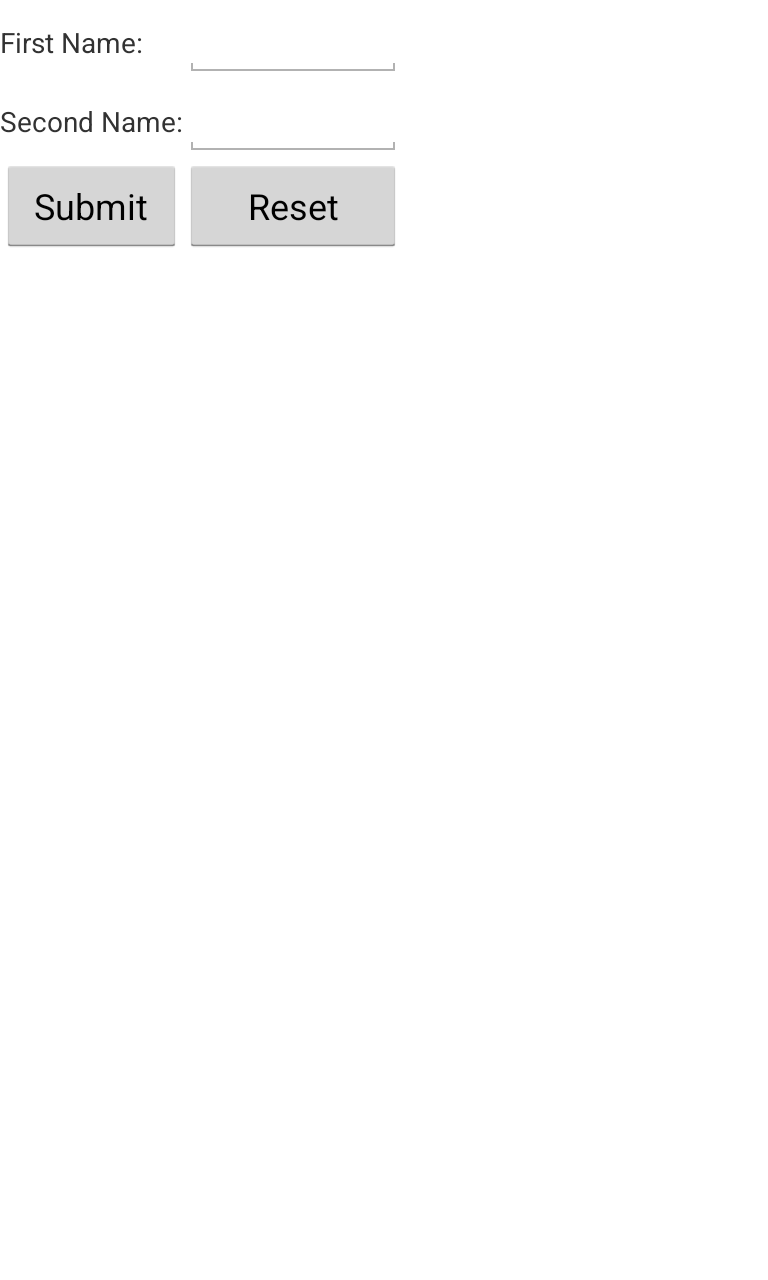
Repository: hugoM1/trainingNaranya
Layout: Layouts/res/layout/activity_table_layout.xml
The author's editor kept a copy of each file at every save. The layout is drawn from the files as they stood at one save, then again after the next save.
It is drawn on a 768 x 1280 px phone screen (xhdpi) without system bars, with theme AppTheme; the app's code is not run.

Above is the layout before, as saved 2013-08-14 02:01:47.

### Layouts/res/layout/activity_table_layout.xml
<?xml version="1.0" encoding="utf-8"?>
<TableLayout
    android:id="@+id/TableLayout01"
	android:layout_width="fill_parent"
	android:layout_height="fill_parent"
	xmlns:android="http://schemas.android.com/apk/res/android">

	<TableRow
	    android:id="@+id/TableRow01">
		<TextView
		    android:id="@+id/TextView01"
		    android:text="@string/first_name"
			android:width="100px" />
		<EditText
		    android:id="@+id/EditText01"
		    android:width="220px" />
	</TableRow>
	<TableRow
	    android:id="@+id/TableRow02">
		<TextView
		    android:id="@+id/TextView02"
		    android:text="Second Name:" />
		<EditText
		    android:id="@+id/EditText02" />
	</TableRow>
	<TableRow
	    android:id="@+id/TableRow03">
		<Button
		    android:id="@+id/Button01"
			android:layout_width="wrap_content"
			android:layout_height="wrap_content"
			android:text="Submit" />
		<Button
		    android:id="@+id/Button02"
			android:layout_width="wrap_content"
			android:layout_height="wrap_content"
			android:text="Reset"
			android:width="100px" />
	</TableRow>
</TableLayout>

### Layouts/res/values/strings.xml
<?xml version="1.0" encoding="utf-8"?>
<resources>

    <string name="app_name">Layouts</string>
    <string name="action_settings">Settings</string>
    <string name="hello_world">Hello world!</string>
    <string name="button1">Table Layout</string>
    <string name="button2">Absolute Layout</string>
    <string name="button3">Relative Layout</string>
    <string name="button4">Frame LAyout</string>
    <string name="title_activity_table_layout">TableLayoutActivity</string>
    <string name="title_activity_absolute_layout">AbsoluteLayoutActivity</string>
    <string name="title_activity_relative_layout">RelativeLayoutActivity</string>
    <string name="title_activity_frame_layout">FrameLayoutActivity</string>
    <string name="first_name">First Name:</string>

</resources>

Loaded but not shown: Layouts/res/values/styles.xml (common file); Layouts/res/values-v11/styles.xml (common file); Layouts/res/values-v14/styles.xml (common file)

After the next save:
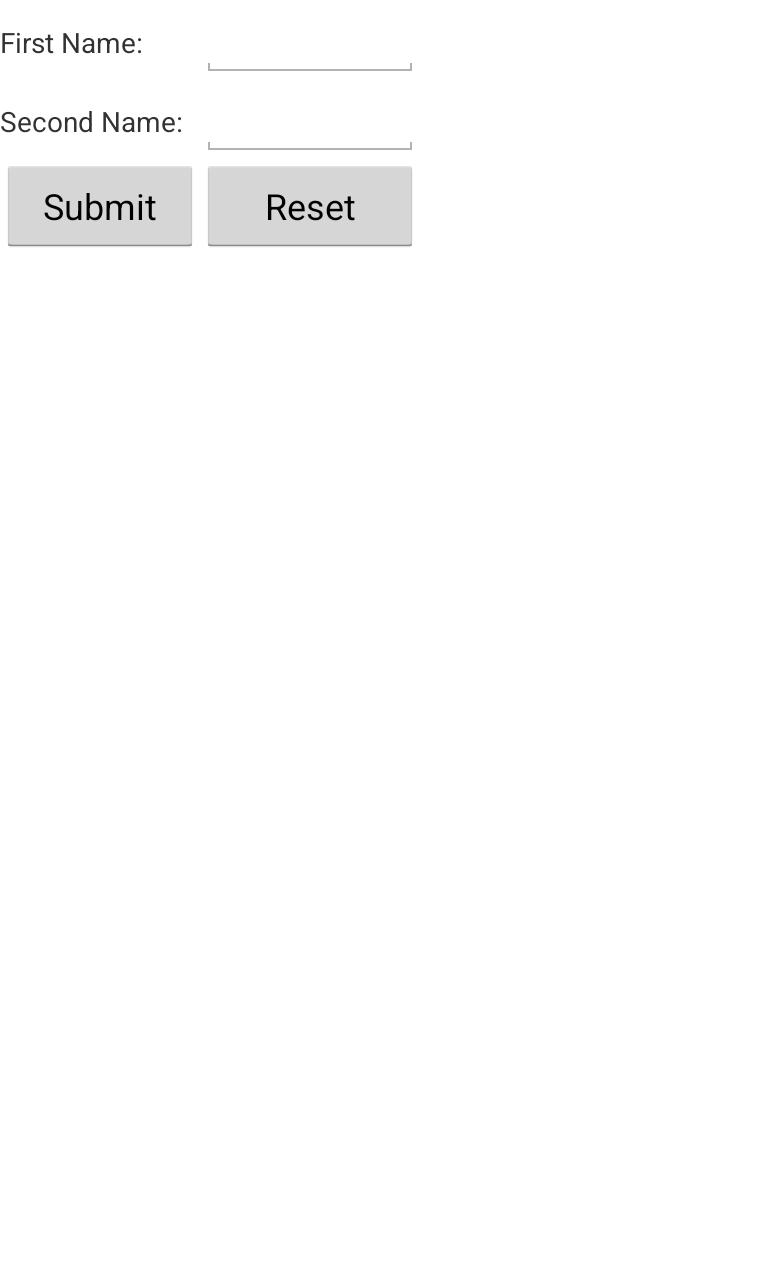
Saved 8 s later.
--- a/Layouts/res/layout/activity_table_layout.xml
+++ b/Layouts/res/layout/activity_table_layout.xml
@@ -10,7 +10,7 @@
 		<TextView
 		    android:id="@+id/TextView01"
 		    android:text="@string/first_name"
-			android:width="100px" />
+			android:width="100dp" />
 		<EditText
 		    android:id="@+id/EditText01"
 		    android:width="220px" />
